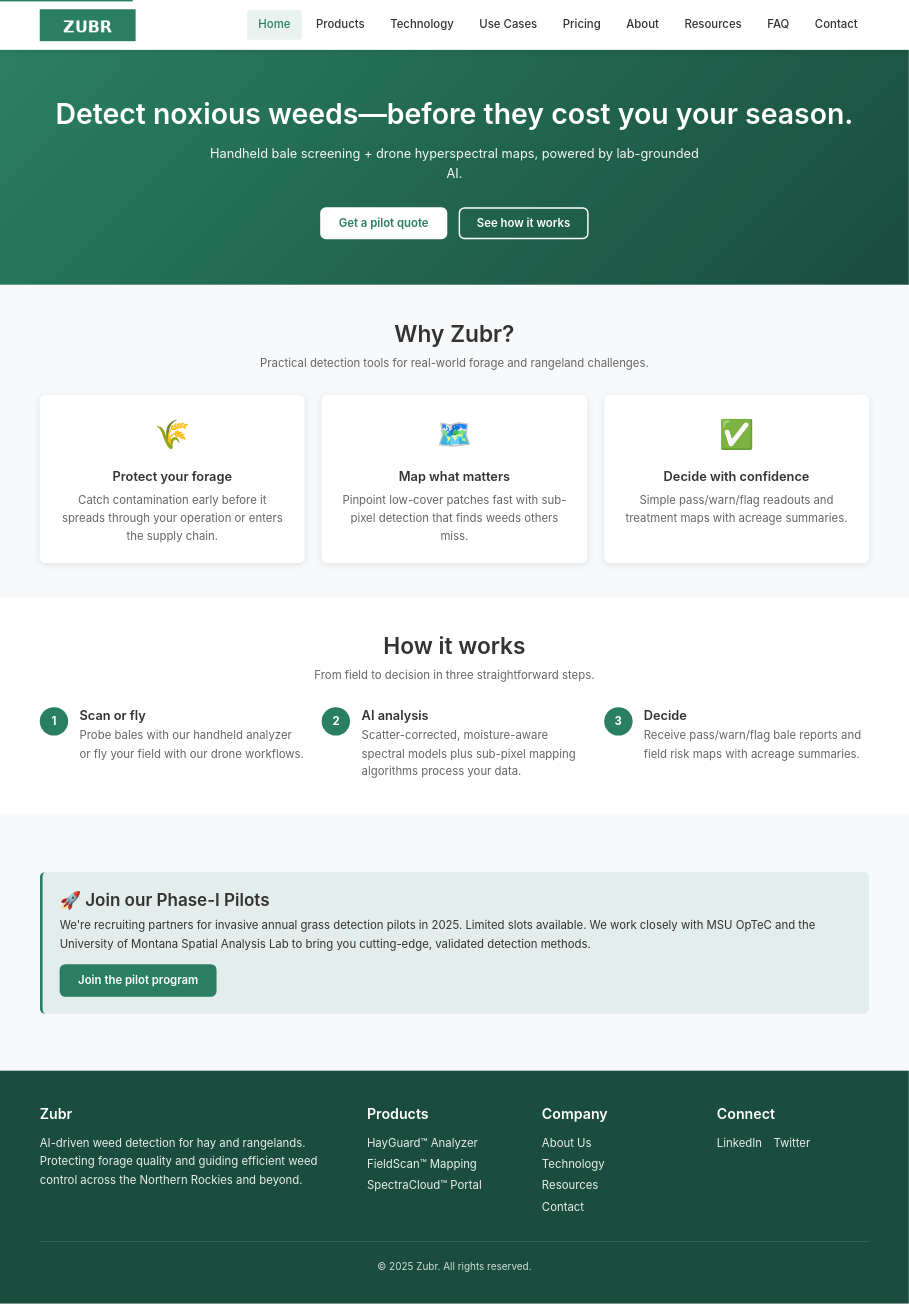
Repository: rmbielski/zubr
Page: index.html
The author's editor kept a copy of each file at every save. The page is drawn from the files as they stood at one save, then again after the next save.
The browser window is 1280 px wide. The pictures show the whole page, at 71% of full size.

Above is the page before, as saved 2025-12-05 16:14:23.

After the next save:
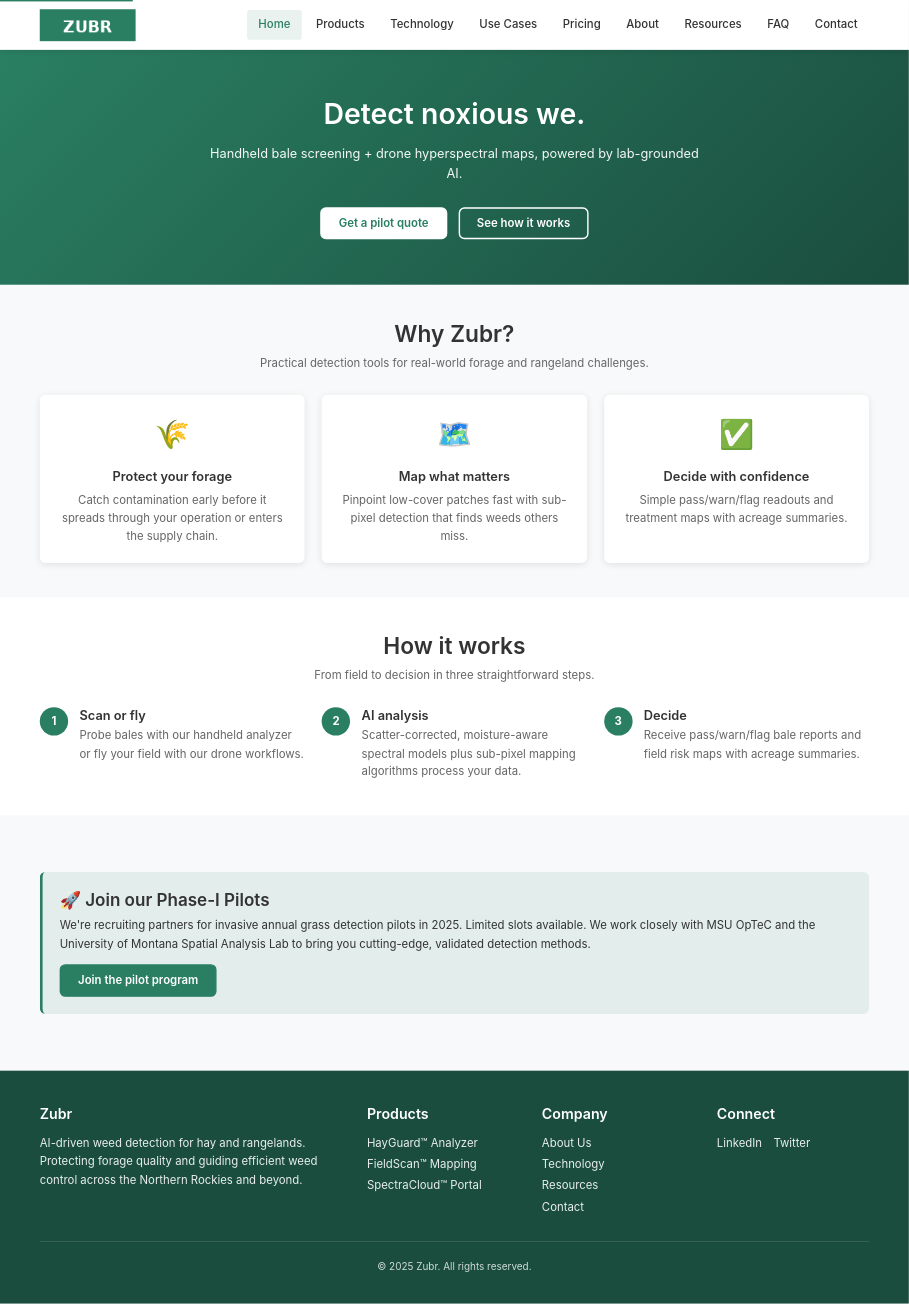
Saved 7 min 35 s later.
--- a/index.html
+++ b/index.html
@@ -43,7 +43,7 @@
         <!-- Hero Section -->
         <section class="hero">
             <div class="container">
-                <h1>Detect noxious weeds—before they cost you your season.</h1>
+                <h1>Detect noxious we.</h1>
                 <p class="subhead">Handheld bale screening + drone hyperspectral maps, powered by lab-grounded AI.</p>
                 <div class="hero-buttons">
                     <a href="contact.html" class="btn btn-primary">Get a pilot quote</a>
